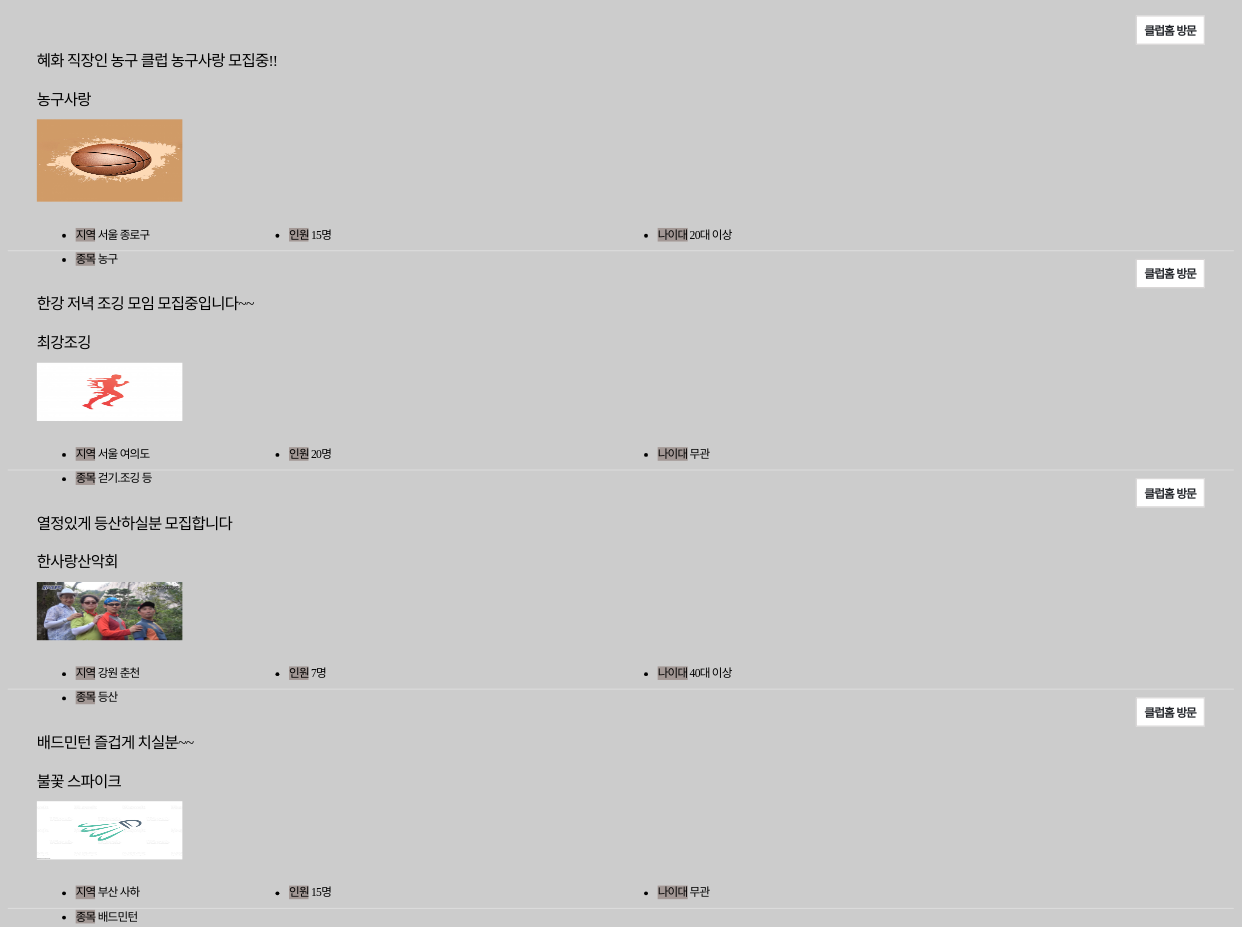
Repository: jaemin333/study
Page: club.html
The author's editor kept a copy of each file at every save. The page is drawn from the files as they stood at one save, then again after the next save.
The browser window is 1280 px wide. The pictures show the whole page, at 97% of full size.

Above is the page before, as saved 2021-07-02 02:39:08.

### club.html
<!DOCTYPE html>
<html lang="ko">
<head>
    <meta charset="UTF-8">
    <meta http-equiv="X-UA-Compatible" content="IE=edge">
    <meta name="viewport" content="width=device-width, initial-scale=1.0">
    <link rel ="stylesheet" type = "text/css" href = "style.css">
    <title>club</title>
</head>
<body>
    <div class = "clubList">
    <div class = "clubBox">
        <p class = "clubTip">
            <a>혜화 직장인 농구 클럽 농구사랑 모집중!!</a>
        </p>
    <div class ="cbClubName">
        <a>농구사랑</a>
        <a class ="iButton">클럽홈 방문</a>
    </div>

    <div class ="cbInfo">
        <div class="cbMark">
            <span class="clubmark">
                <img src = "bask.png" width="150" height="85">
        </div>
    <ul>
        <li>
            <span class = "info dark">지역</span>
             서울 종로구
        </li>
        <li style = "width:380px;">
            <span class = "info dark">인원</span>
             15명
        </li>
        <li style = "width:380px;">
            <span class = "info dark">나이대</span>
             20대 이상
        </li>
        <li style = "width:380px;">
            <span class = "info dark">종목</span>
             농구
        </li>
    </ul>
    </div>
    </div>
    </div>

    <div class = "clubList">
        <div class = "clubBox">
            <p class = "clubTip">
                <a>한강 저녁 조깅 모임 모집중입니다~~</a>
            </p>
        <div class ="cbClubName">
            <a>최강조깅</a>
            <a class ="iButton">클럽홈 방문</a>
        </div>

        <div class ="cbInfo">
            <div class="cbMark">
                <span class="clubmark">
                    <img src = "run.jpg" width="150" height="60">
            </div>
        <ul>
            <li>
                <span class = "info dark">지역</span>
                 서울 여의도
            </li>
            <li style = "width:380px;">
                <span class = "info dark">인원</span>
                 20명
            </li>
            <li style = "width:380px;">
                <span class = "info dark">나이대</span>
                 무관
            </li>
            <li style = "width:380px;">
                <span class = "info dark">종목</span>
                 걷기.조깅 등
            </li>
        </ul>
        </div>
        </div>
        </div>

        <div class = "clubList">
            <div class = "clubBox">
                <p class = "clubTip">
                    <a>열정있게 등산하실분 모집합니다</a>
                </p>
            <div class ="cbClubName">
                <a>한사랑산악회</a>
                <a class ="iButton">클럽홈 방문</a>
            </div>

            <div class ="cbInfo">
                <div class="cbMark">
                    <span class="clubmark">
                        <img src = "hike.png" width="150" height="60">
                </div>
            <ul>
                <li>
                    <span class = "info dark">지역</span>
                     강원 춘천
                </li>
                <li style = "width:380px;">
                    <span class = "info dark">인원</span>
                     7명
                </li>
                <li style = "width:380px;">
                    <span class = "info dark">나이대</span>
                     40대 이상
                </li>
                <li style = "width:380px;">
                    <span class = "info dark">종목</span>
                     등산
                </li>
            </ul>
            </div>
            </div>
            </div>


            <div class = "clubList">
                <div class = "clubBox">
                    <p class = "clubTip">
                        <a>배드민턴 즐겁게 치실분~~</a>
                    </p>
                <div class ="cbClubName">
                    <a>불꽃 스파이크</a>
                    <a class ="iButton">클럽홈 방문</a>
                </div>

                <div class ="cbInfo">
                    <div class="cbMark">
                        <span class="clubmark">
                            <img src = "badminton.jpg" width="150" height="60">
                    </div>
                <ul>
                    <li>
                        <span class = "info dark">지역</span>
                         부산 사하
                    </li>
                    <li style = "width:380px;">
                        <span class = "info dark">인원</span>
                         15명
                    </li>
                    <li style = "width:380px;">
                        <span class = "info dark">나이대</span>
                         무관
                    </li>
                    <li style = "width:380px;">
                        <span class = "info dark">종목</span>
                         배드민턴
                    </li>
                </ul>
                </div>
                </div>
                </div>








</body>
</html>

### style.css
div {
    display:block;
}



body {
    background-color: #ccc;
    word-break: break-all;
    -ms-word-break: break-all;
    letter-spacing: -0.050em;
}


.clubBox{
    position: relative;
    padding: 25px 30px 30px 30px;
    border-bottom: 1px solid #dddddd;
}


ul{
    display: block;
    margin-block-start: 1em;
    margin-block-end: 1em;
    margin-inline-start: 0px;
    margin-inline-end: 0px;
    padding-inline-start: 40px;
}

.clubBox li .info.dark{
    background-color: #a39895;
}

.iButton {
    display: inline-block;
    height: 18px;
    padding: 5px 8px;
    font-size: 12px;
    font-weight: bold;
    color: #24272c;
    text-align: center;
    background-color: white;
    border: 1px solid #d4d1d1;
}

.clubBox .iButton {
    position: absolute;
    top: 8px;
    right: 30px;
}

li {
    display: list-item;
    text-align: -webkit-match-parent;
}

.clubBox .cbInfo li {
    float: left;
    width: 220px;
    margin: 4px 0 3px 0;
    font-size: 12px;
    color: black;
}

.cbClubName {
    padding-bottom: 10px;
}

After the next save:
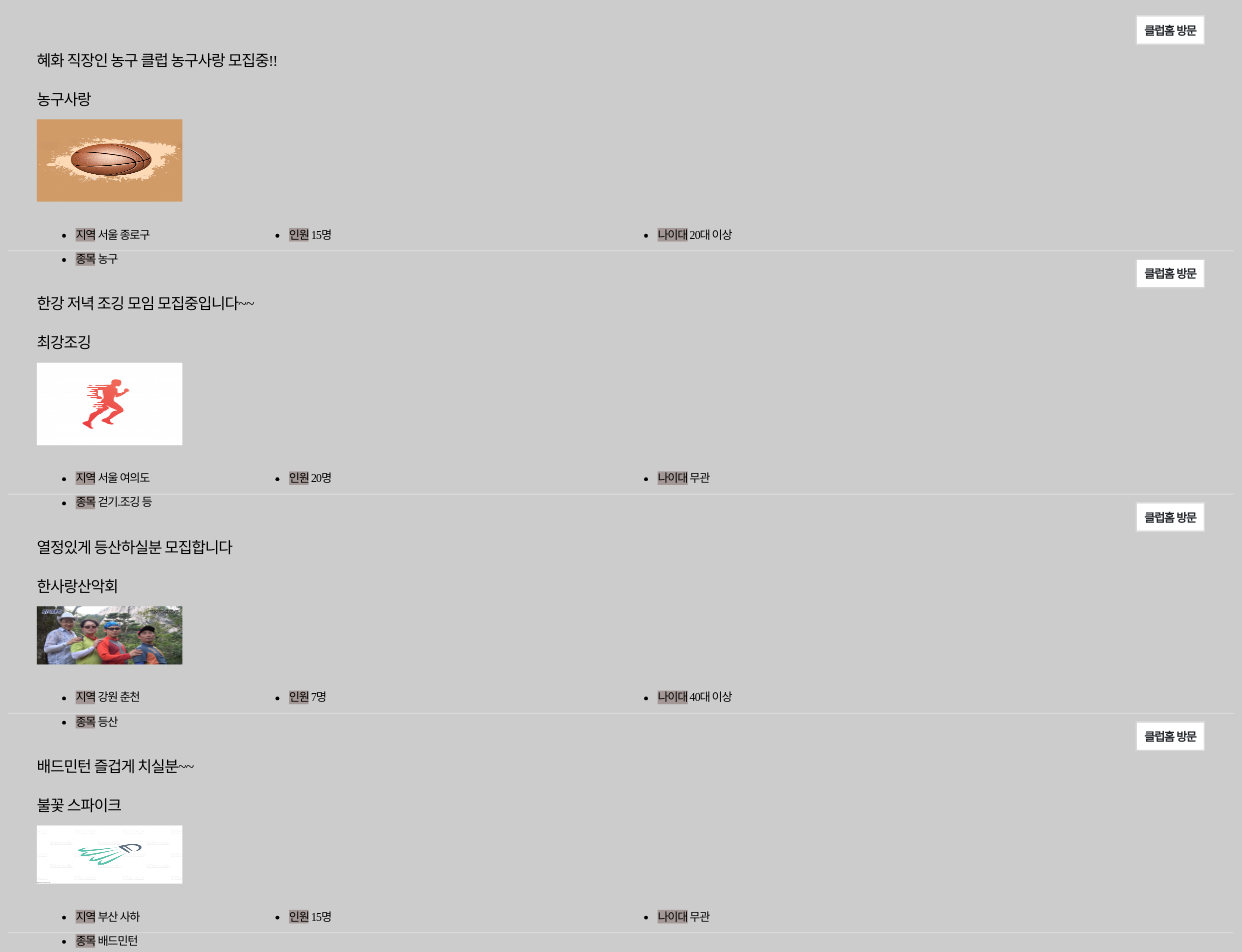
Saved 10 s later.
--- a/club.html
+++ b/club.html
@@ -58,7 +58,7 @@
         <div class ="cbInfo">
             <div class="cbMark">
                 <span class="clubmark">
-                    <img src = "run.jpg" width="150" height="60">
+                    <img src = "run.jpg" width="150" height="85">
             </div>
         <ul>
             <li>
